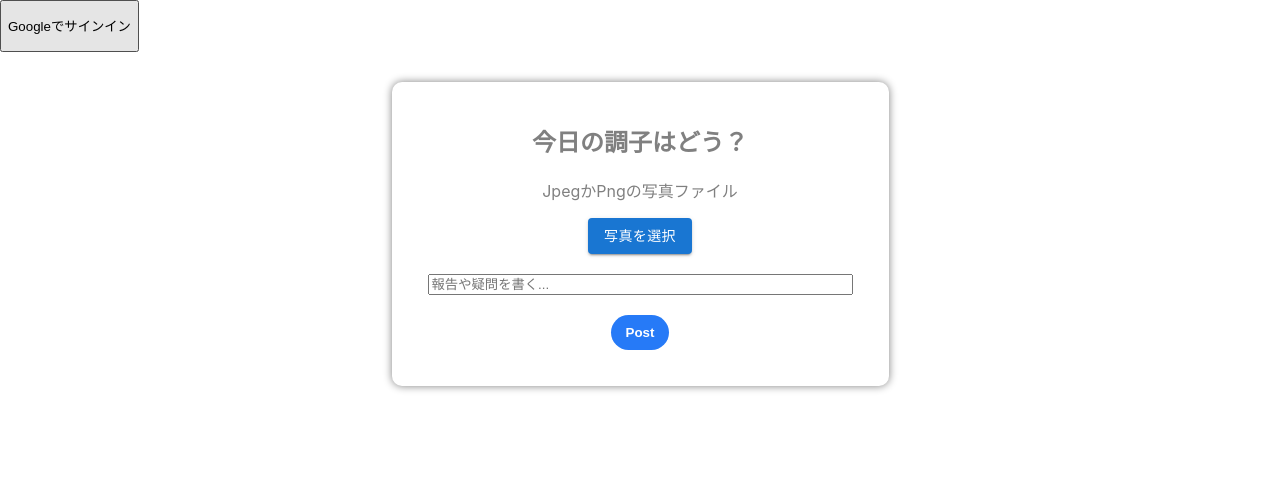
Repository: Seiya00002/seeds_surfers_react_sns
Page: /
The author's editor kept a copy of each file at every save. The page is drawn from the files as they stood at one save, then again after the next save.
The browser window is 1280 px wide. The pictures show the whole page.
The page's requests for data from a server got no answer. The project was rebuilt for these pictures with package versions that can differ from the ones it lists, and the page was loaded fresh each time. No one was signed in, and anything a server would have sent is missing. Also part of the build but not shown: src/Post.css, src/Post.tsx.

Above is the page before, as saved 2023-08-04 15:01:07.

### src/index.tsx
import React from 'react';
import ReactDOM from 'react-dom/client';
import './index.css';
import App from './App';
import Login from './Login';
import reportWebVitals from './reportWebVitals';

const root = ReactDOM.createRoot(
  document.getElementById('root') as HTMLElement
);
root.render(
  <React.StrictMode>
    <Login />
    <App />
  </React.StrictMode>
);

reportWebVitals();

### src/App.tsx
import React from 'react';
import './App.css';
import { db, storage } from './firebase';
import { useEffect, useState, useRef } from "react";
import { collection, query, orderBy, getDocs, QuerySnapshot } from "firebase/firestore";
import { doc, onSnapshot } from 'firebase/firestore';
import Post from './Post';
import PostUploader from './PostUploader';

function App() {
  const [posts, setPosts] = useState<any>([]);

  useEffect(() => {
    const q = query(collection(db, 'posts'), orderBy('timestamp', 'desc'));
    // リアルタイム表示
    const unsubscribe = onSnapshot(q, (querySnapshot) => {
      const postsData = querySnapshot.docs.map((doc) => doc.data());
      setPosts(postsData);
    });

    return () => {
      // コンポーネントがアンマウントされる際にunsubscribeを行う
      unsubscribe();
    };
  }, []);

  return(
    <div className="App">
      <PostUploader />
      {posts.map((post:any) => (
        <Post key={post.timestamp} post={post} />
      ))}
    </div>
  );
}

export default App;

### src/Login.tsx
import { signInWithPopup, getAuth, onAuthStateChanged, User } from "firebase/auth";
import React from 'react';
import { auth, provider } from './firebase';
import { useAuthState } from 'react-firebase-hooks/auth';
import { useState, useEffect} from 'react';

function Login() {
    const [user] = useAuthState(auth);

    return(
        <div>
            {user ? (
                <>
                    <UserInfo />
                    <SignOutButton />
                </>
            ) : (
                <SignInButton />
            )}
        </div>
    );
}

export default Login;

// サインインボタン
function SignInButton() {

    const signInWithGoogle = () => {
        // Firebaseを使ってサインイン
        signInWithPopup(auth, provider);
    };

    return(
        <button onClick={signInWithGoogle}>
            <p>Googleでサインイン</p>
        </button>
    )
}

// サインアウトボタン
function SignOutButton() {
    return(
        <button onClick={() => auth.signOut()}>
            <p>サインアウト</p>
        </button>
    )
}

function UserInfo(){

    const [ userInfo, setUserInfo] = useState<User | null>(null);

    useEffect(() => {
        const unsubscribeAuthStateChanged = onAuthStateChanged(auth, (user) => {
            if(user) {
                setUserInfo(user);
            } else {
                setUserInfo(null)
            }
        });

        return() => unsubscribeAuthStateChanged();
    },[]);

    if(userInfo){
        const { displayName, photoURL } = userInfo;

        return(
            <div className="userInfo">
                {photoURL && <img src={photoURL} alt="User Icon" />}
                <p>{displayName}</p>
            </div>
        )
    } else {
        return null;
    }
}

### src/App.css
.App {
  text-align: center;
  display: flex;
  justify-content: center;
  align-items: center;
  width: 100%;
  flex-flow: column;
}

### src/firebase.tsx
import { initializeApp } from "firebase/app";
import { getFirestore } from "firebase/firestore";
import { getStorage } from "firebase/storage";
import { getAuth } from "firebase/auth";
import { GoogleAuthProvider } from "firebase/auth";


const firebaseConfig = {
  apiKey: "AIzaSyDRiOj3JAcuLe6c_Ms2hhsjBCCb8lLwSGU",
  authDomain: "seeds-surfers-react-sns.firebaseapp.com",
  projectId: "seeds-surfers-react-sns",
  storageBucket: "seeds-surfers-react-sns.appspot.com",
  messagingSenderId: "1087322797942",
  appId: "1:1087322797942:web:be61f4173bd538ec6e2c57"
};

const app = initializeApp(firebaseConfig);

export const storage = getStorage(app);
export const db = getFirestore(app);
export const auth = getAuth();
export const provider = new GoogleAuthProvider();

### src/PostUploader.tsx
import React, { useState}  from "react";
import ImageLogo from "./image.svg";
import "./PostUploader.css";
import { Button } from '@mui/material';
import { db, storage } from "./firebase";
import { ref, uploadBytesResumable, getDownloadURL } from "firebase/storage";
import firebase from "firebase/app";
import "firebase/firestore";
import { addDoc, collection, serverTimestamp } from "firebase/firestore";
import Post from "./Post";


function PostUploader() {
  const [loading, setLoading] = useState<boolean>(false);
  const [isUpLoaded, setUploaded] = useState<boolean>(false);
  const [text, setText] = useState<string>("");
  const [fileUrl, setFileUrl] = useState<any>("");

  const OnFileUploadToFirebase = (e:any) => {
        const file = e.target.files[0];
        const storageRef = ref(storage, 'image/' + file.name);
        const uploadImage = uploadBytesResumable(storageRef, file);

        setLoading(true);

        uploadImage.then((snapshot) => {
          setLoading(false);
          setUploaded(true);
          return getDownloadURL(snapshot.ref);
        })
        .then((url) => {
          setFileUrl(url);
        })
        .catch((error: any) => {
          setLoading(false);
          console.error("画像のアップロードに失敗しました。:", error);
        });
  };

  const onTextUploadToFirebase = () => {
    addDoc(collection(db, "posts"), {
      text:text,
      imageUrl:fileUrl,
      timestamp: serverTimestamp(),
    })
    .then(()=>{
      console.log("投稿が完了しました！");
      setText("");
      setFileUrl("");
      setUploaded(false);
    })
    .catch((error: any) => {
      console.error("エラーが発生しました。:",error);
    });
  };

  return (
    <>
      {loading ?(
        <h2>画像アップロード中・・・</h2>
      ) : (
        <>
          {isUpLoaded ? (
            <>
              <div className="outerBox">
                <h2>画像アップロード完了しました！</h2>

                <form id="post">
                  <label>
                    <input
                      type="text"
                      placeholder="報告や疑問を書く..."
                      size={50}
                      maxLength={500}
                      value={text}
                      onChange={e => setText(e.target.value)}
                    />
                  </label>
                  </form>
                  <input
                    type="button"
                    form="post"
                    value="Post"
                    onClick={onTextUploadToFirebase}
                  />
              </div>
            </>
            ) : (
              <div className="outerBox">
                <div className="title">
                  <h2>今日の調子はどう？</h2>
                  <p>JpegかPngの写真ファイル</p>
                </div>
                {/* <div className="imageUplodeBox">
                  <div className="imageLogoAndText">
                    <img src={ImageLogo} alt="imagelogo" />
                    <p>ここにドラッグ＆ドロップしてね</p>
                  </div>
                  <input
                  className="imageUploadInput"
                  multiple name="imageURL"
                  type="file"
                  accept=".png, .jpeg, .jpg"
                  onChange={OnFileUploadToFirebase}
                  />
                </div> */}
                {/* <p>または</p> */}
                <Button variant="contained">
                  写真を選択
                  <input
                  className="imageUploadInput"
                  type="file"
                  accept=".png, .jpeg, .jpg"
                  onChange={OnFileUploadToFirebase}
                  />
                </Button>
                <form id="post">
                  <label>
                    <input
                      type="text"
                      placeholder="報告や疑問を書く..."
                      className="textPost"
                      size={50}
                      maxLength={500}
                      value={text}
                      onChange={e => setText(e.target.value)}
                    />
                  </label>
                  </form>
                  <input
                    type="button"
                    className="textUploadInput"
                    form="post"
                    value="Post"
                    onClick={onTextUploadToFirebase}
                  />
              </div>
            )
          }
        </>
      )}
    </>
  );
};

export default PostUploader;

### src/PostUploader.css
.outerBox {
    margin: 30px 0;
    display: flex;
    flex-direction: column;
    align-items: center;
    justify-content: center;
    text-align: center;
    border: none;
    padding: 36px;
    border-radius: 10px;
    box-shadow: 0px 0px 8px gray;
    color: gray;
  }

  .outerBox h2 {
    font-weight: 600;
    margin-top: 5px;
  }

  .imageUplodeBox {
    border: 2px dashed #2d6395;
    padding: 35px 60px;
    position: relative;
  }

  .imageLogoAndText p {
    margin-bottom: 0px;
  }

  .imageUploadInput {
    opacity: 0;
    position: absolute;
    top: 0;
    left: 0;
    width: 100%;
    height: 100%;
    cursor: pointer;
  }

  .textPost {
    margin: 20px 0;
  }

  .textUploadInput {
    border-radius: 50px;
    border: none;
    background-color: #267af7;
    color: white;
    padding: 10px 15px;
    cursor: pointer;
    font-weight: 600;
  }

### src/Login.css
.userInfo {
    text-align: center;
    margin-top: 15rem;
  }

  p {
    font-size: 1.3rem;
    font-weight: 600;
  }

  h1 {
    font-size: 3rem;
  }

  img {
    border-radius: 50%;
    width: 150px;
    height: 150px;
  }

  button {
    margin-top: 14px;
    padding: 7px 40px;
    border: none;
    border-radius: 10px;
    box-shadow: 1px 5px 10px #626262;
    cursor: pointer;
    background-color: #cf9b48;
    color: white;
    font-weight: 800;
    font-size: 1.2rem;
  }

Loaded but not shown: public/index.html (common file); src/index.css (common file); src/reportWebVitals.ts (common file)

After the next save:
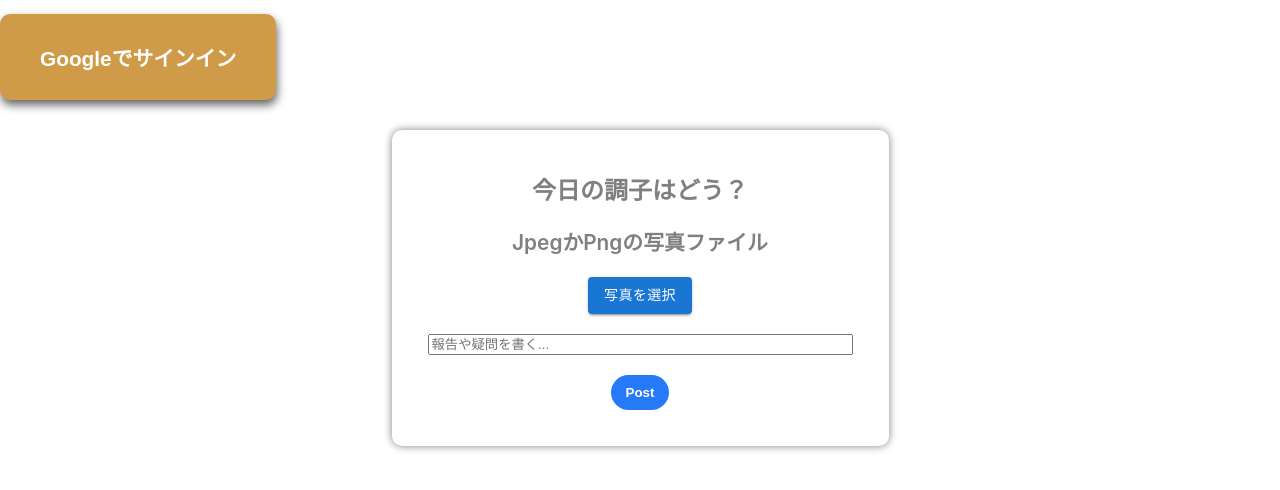
Saved 12 s later.
--- a/src/Login.tsx
+++ b/src/Login.tsx
@@ -3,6 +3,7 @@ import React from 'react';
 import { auth, provider } from './firebase';
 import { useAuthState } from 'react-firebase-hooks/auth';
 import { useState, useEffect} from 'react';
+import './Login.css';
 
 function Login() {
     const [user] = useAuthState(auth);
